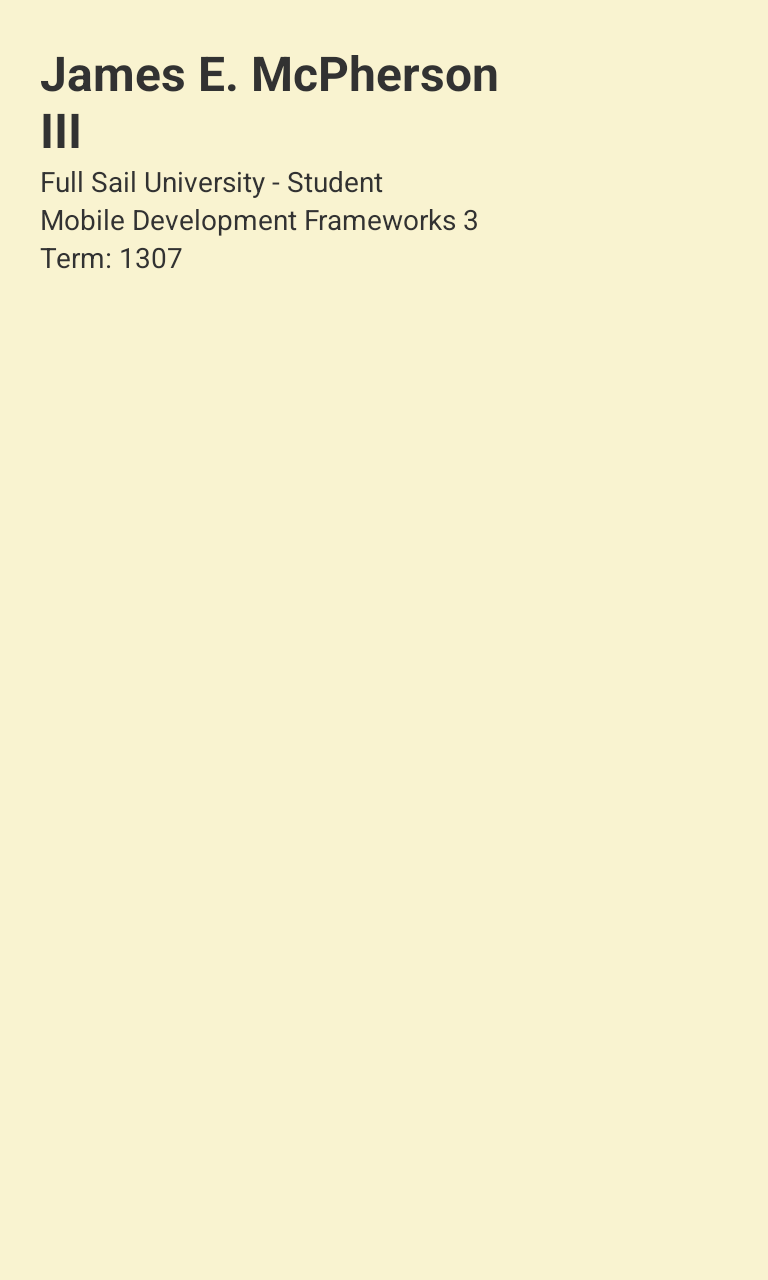
Repository: jemcphe/MDF3
Layout: Week3 ActionBar/Pictcha/res/layout/developer_info.xml
These files come from the project's save history. The layout is drawn as it stood at one moment and after the next save; the edit follows.
It is drawn on a 768 x 1280 px phone screen (xhdpi) without system bars, with theme AppTheme; the app's code is not run.

Above is the layout before, as saved 2013-07-25 03:08:54.

### Week3 ActionBar/Pictcha/res/layout/developer_info.xml
<?xml version="1.0" encoding="utf-8"?>
<LinearLayout xmlns:android="http://schemas.android.com/apk/res/android"
    android:layout_width="match_parent"
    android:layout_height="match_parent"
	android:orientation="vertical"
	android:paddingTop="20dp"
	android:paddingLeft="20dp"
    android:background="#f9f3d0" > >

    <TextView
        android:id="@+id/name"
        android:layout_width="231dp"
        android:layout_height="wrap_content"
        android:text="James E. McPherson III"
        android:textSize="24sp"
        android:textStyle="bold" />

    <TextView
        android:id="@+id/school"
        android:layout_width="wrap_content"
        android:layout_height="wrap_content"
        android:text="Full Sail University - Student" />

    <TextView
        android:id="@+id/course"
        android:layout_width="wrap_content"
        android:layout_height="wrap_content"
        android:text="Mobile Development Frameworks 3" />

    <TextView
        android:id="@+id/term"
        android:layout_width="wrap_content"
        android:layout_height="wrap_content"
        android:text="Term: 1307" />

</LinearLayout>

Loaded but not shown: Week3 ActionBar/Pictcha/res/values/styles.xml (common file); Week3 ActionBar/Pictcha/res/values-v11/styles.xml (common file); Week3 ActionBar/Pictcha/res/values-v14/styles.xml (common file)

After the next save:
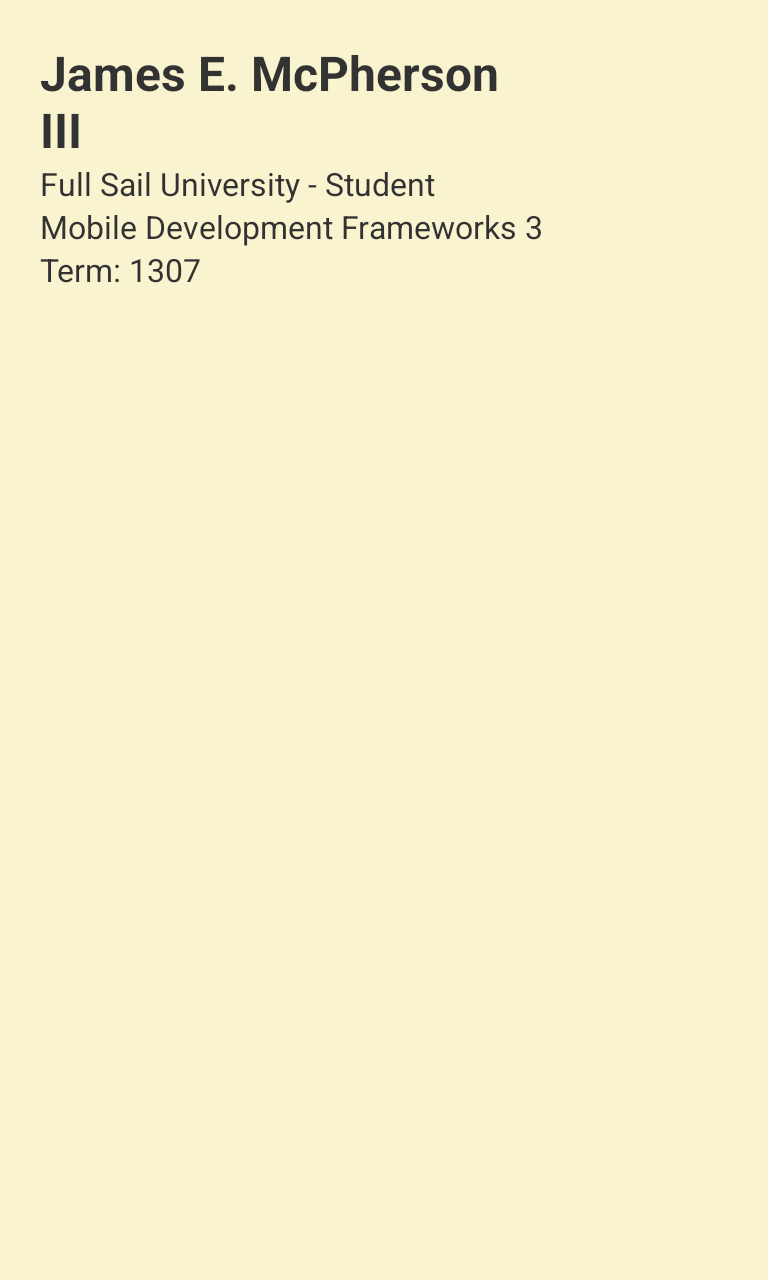
Saved 31 s later.
--- a/Week3 ActionBar/Pictcha/res/layout/developer_info.xml
+++ b/Week3 ActionBar/Pictcha/res/layout/developer_info.xml
@@ -19,18 +19,21 @@
         android:id="@+id/school"
         android:layout_width="wrap_content"
         android:layout_height="wrap_content"
-        android:text="Full Sail University - Student" />
+        android:text="Full Sail University - Student"
+        android:textSize="16sp"/>
 
     <TextView
         android:id="@+id/course"
         android:layout_width="wrap_content"
         android:layout_height="wrap_content"
-        android:text="Mobile Development Frameworks 3" />
+        android:text="Mobile Development Frameworks 3"
+        android:textSize="16sp"/>
 
     <TextView
         android:id="@+id/term"
         android:layout_width="wrap_content"
         android:layout_height="wrap_content"
-        android:text="Term: 1307" />
+        android:text="Term: 1307"
+        android:textSize="16sp" />
 
 </LinearLayout>
